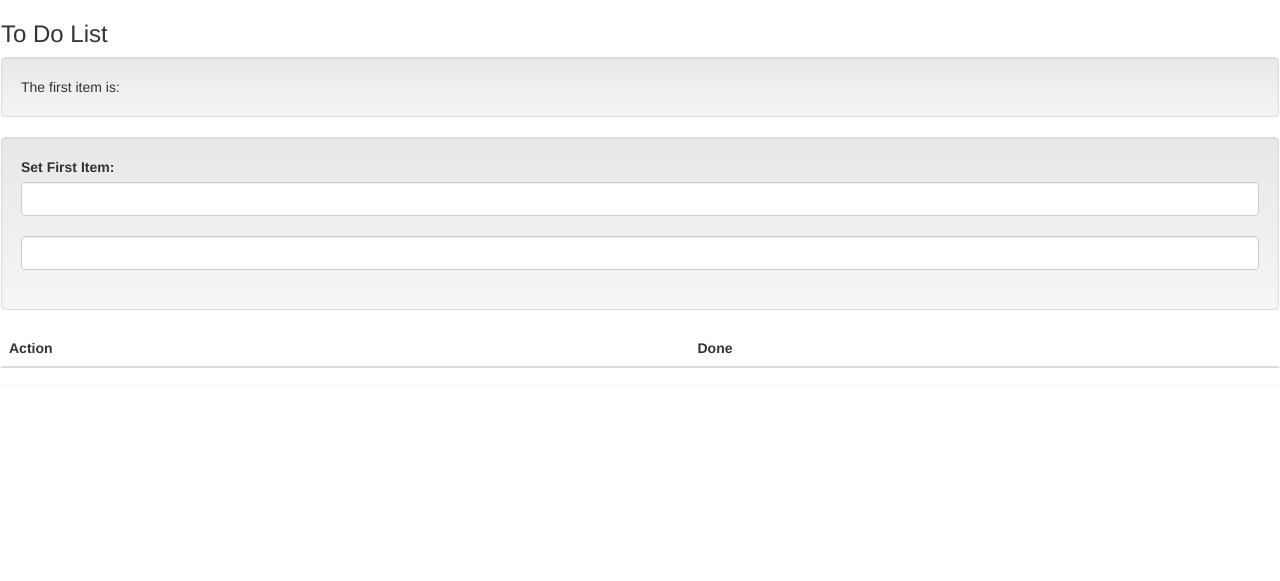
Repository: chisun-joung/workplace
Page: angularJS/WebContent/Chap10_Binding/P277_ngModel.html
An editor plug-in stored every save of this project. The page is shown before and after the next save, followed by the edit.
The browser window is 1280 px wide. The pictures show the whole page.
Some web libraries are served in a nearby version.

Above is the page before, as saved 2016-11-28 07:41:43.

After the next save:
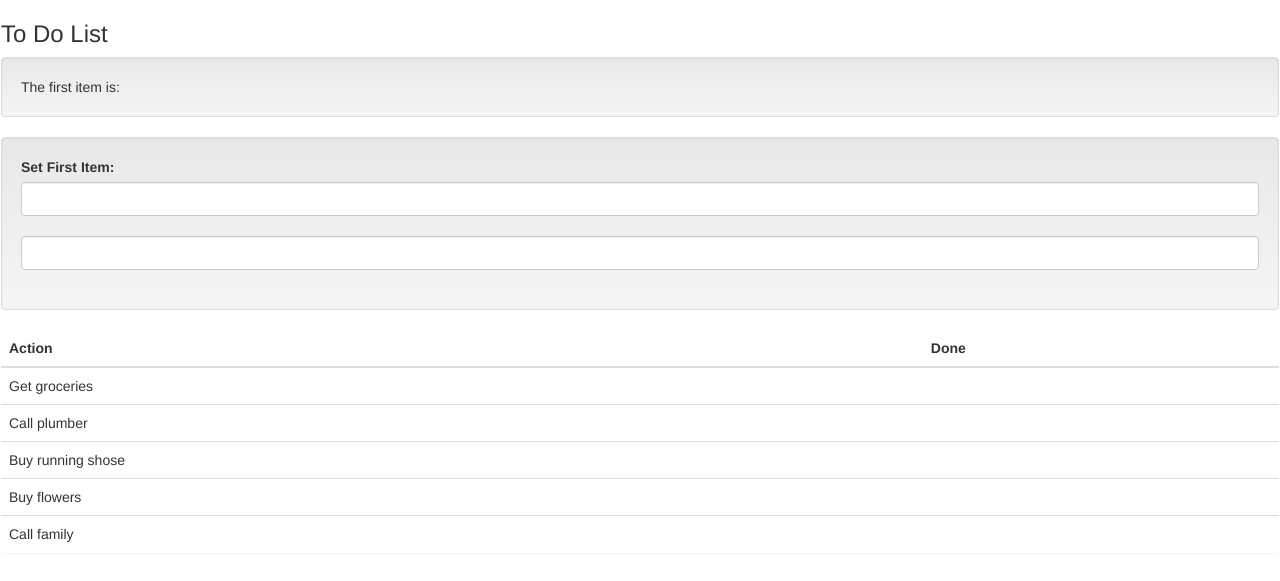
Saved 3 min 20 s later.
--- a/angularJS/WebContent/Chap10_Binding/P277_ngModel.html
+++ b/angularJS/WebContent/Chap10_Binding/P277_ngModel.html
@@ -47,9 +47,9 @@
 				</tr>
 			</thead>
 			<tbody>
-				<tr>
-					<td></td>
-					<td></td>
+				<tr ng-repeat="item in todos">
+					<td>{{item.action}}</td>
+					<td>{{item.complete}}</td>
 				</tr>
 
 			</tbody>
